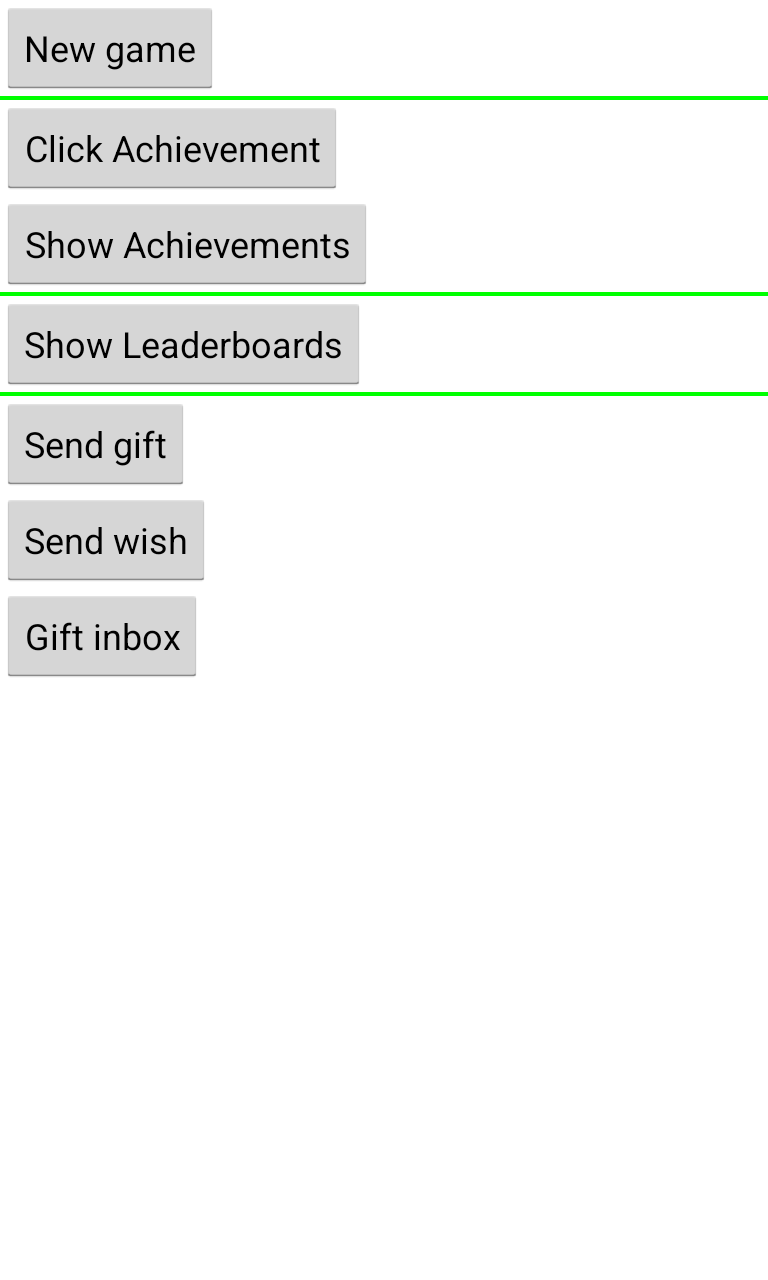
Repository: wassil/googleGamesTest
Layout: TicTacToe/res/layout/fragment_main_menu.xml
An editor plug-in stored every save of this project. The layout is shown before and after the next save, followed by the edit.
It is drawn on a 768 x 1280 px phone screen (xhdpi) without system bars, with theme AppTheme; the app's code is not run.

Above is the layout before, as saved 2014-04-01 17:30:07.

After the next save:
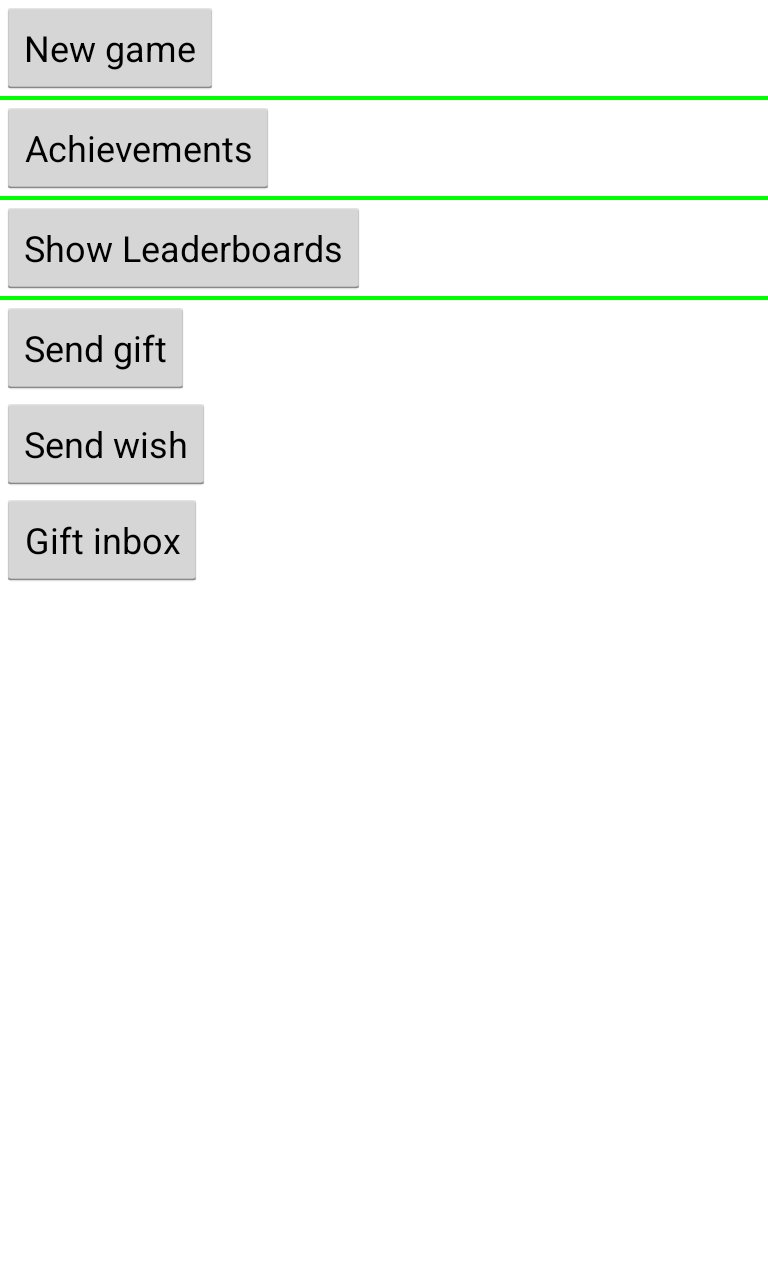
Saved 27 s later.
--- a/TicTacToe/res/layout/fragment_main_menu.xml
+++ b/TicTacToe/res/layout/fragment_main_menu.xml
@@ -15,17 +15,10 @@
 		android:layout_height="2dip"
 		android:background="#FF00FF00" />
     <Button
-        android:id="@+id/buttonClickAchievement"
+        android:id="@+id/buttonAchievements"
         android:layout_width="wrap_content"
         android:layout_height="wrap_content"
-        android:text="Click Achievement" />
-
-    <Button
-        android:id="@+id/buttonShowAchievements"
-        android:layout_width="wrap_content"
-        android:layout_height="wrap_content"
-        android:text="Show Achievements" />
-
+        android:text="Achievements" />
 	<View
     	android:layout_width="fill_parent"
 		android:layout_height="2dip"
